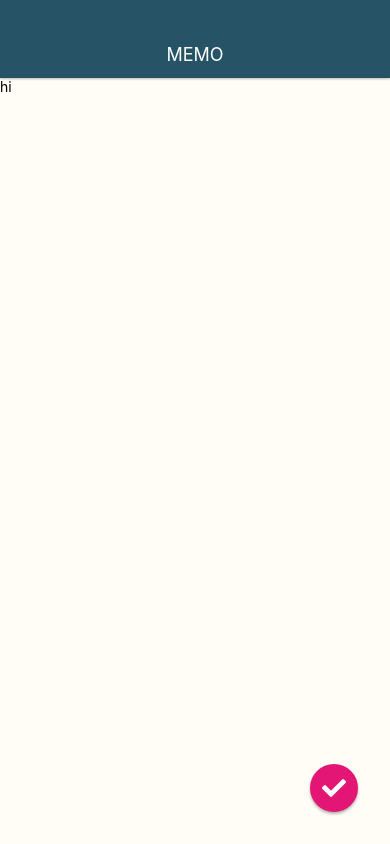
Repository: NagataRyuji0630/memo_app_for_reactNative
Screen: /
These files come from the project's save history. The screen is drawn as it stood at one moment and after a run of saves; the edit follows.
The app was drawn by React Native's web renderer in a window 390 px wide. The project was rebuilt for these pictures with package versions that can differ from the ones it lists, and the page was loaded fresh each time. Some packages were replaced by stand-ins written for this rebuild. Also part of the build but not shown: src/components/MemoList.jsx, src/screens/MemoListScreen.jsx, src/screens/MemoDetailScreen.jsx, src/screens/MemoEditScreen.jsx.

Above is the screen before, as saved 2020-05-15 08:32:08.

### App.js
import React from 'react';
import { StyleSheet, View } from 'react-native';
import AppBar from './src/components/AppBar';
import MemoListScreen from './src/screens/MemoListScreen'
import MemoDtailScreen from './src/screens/MemoDetailScreen';
import MemoEditScreen from './src/screens/MemoEditScreen';
import LoginScreen from './src/screens/LoginScreen';


export default class App extends React.Component {
  render() {
    return (
      <View style={styles.container}>
        <AppBar />
        <LoginScreen />
      </View>
    );
  }
}

const styles = StyleSheet.create({
  container: {
    flex: 1,
    backgroundColor: '#FFFDF6',
    alignItems: 'center',
    justifyContent: 'center',
    paddingTop: 78,
  },
});

### src/components/AppBar.jsx
import React from 'react';
import { Component } from 'react';
import { StyleSheet, View, Text } from 'react-native';

const styles = StyleSheet.create({
    appbar: {
        position: 'absolute',
        top: 0,
        left: 0,
        right: 0,
        height: 78,
        paddingTop: 30,
        backgroundColor: '#265366',
        justifyContent: 'center',
        alignItems: 'center',
        shadowColor: '#000',
        shadowOffset: { width: 0, height: 0 },
        shadowOpacity: 0.5,
        shadowRadius: 3,
        zIndex: 10,
    },
    appbarTitle: {
        color: '#fff',
        fontSize: 18,
    },
});

class AppBar extends Component {
    render() {
        return (
            <View style={styles.appbar}>
                <View>
                    <Text style={styles.appbarTitle}>MEMO</Text>
                </View>
            </View>
        );
    }
}

export default AppBar;

### src/screens/LoginScreen.jsx
import React from 'react';
import { Component } from 'react';
import { StyleSheet, View, Text, TextInput } from 'react-native';
import CircleBtn from '../elements/CircleBtn';


const styles = StyleSheet.create({
    container: {
        flex: 1,
        width: '100%',
    }

});


class LoginScreen extends Component {
    render() {
        return (
            <View style={styles.container}>
                    <TextInput style={styles.memoEditInput} value='hi' multiline />
                <CircleBtn name='check' />
            </View>
        );
    }
}

export default LoginScreen;

### src/elements/CircleBtn.jsx
import React from 'react';
import { Component } from 'react';
import { StyleSheet, View } from 'react-native';
import * as Font from 'expo-font';
import { createIconSet } from '@expo/vector-icons';
import fontAwsome from '../../assets/fonts/fa-solid-900.ttf';

const glyphMap = {
    pencil: '\uf303',
    plus: '\uf067',
    check: '\uf00c',
};

const CustomIcon = createIconSet(glyphMap, 'fontAwsome', fontAwsome);

const styles = StyleSheet.create({
    circleBtn: {
        position: 'absolute',
        bottom: 32,
        right: 32,
        width: 48,
        height: 48,
        borderRadius: 24,
        justifyContent: 'center',
        alignItems: 'center',
        shadowColor: '#000',
        shadowOffset: { width: 0, height: 2 },
        shadowOpacity: 0.3,
        shadowRadius: 3,
    },
    circleBtnTitle: {
        fontSize: 24,
        lineHeight: 24,
        fontFamily: 'fontAwsome',
    }
});


class CircleBtn extends Component {

    state = {
        fontsLoaded: false,
    };

    async _loadFontsAsync() {
        await Font.loadAsync({
            FontAwsome: fontAwsome,
        });
        this.setState({ fontsLoaded: true });
    }

    componentDidMount() {
        this._loadFontsAsync();
    }

    render() {
        const {name, style, color } = this.props;

        let bgColor = '#E31675';
        let textColor = 'white';

        if (color === 'white') {
            bgColor = 'white';
            textColor = '#E31675';
        }

        return (
            <View style={[styles.circleBtn, style, { backgroundColor: bgColor }]}>
                {
                    this.state.fontsLoaded
                        ?
                        <CustomIcon name={name} style={[styles.circleBtnTitle, { color: textColor }]} />
                        :
                        null
                }
            </View>
        );
    }
}

export default CircleBtn;

After the next 2 saves:
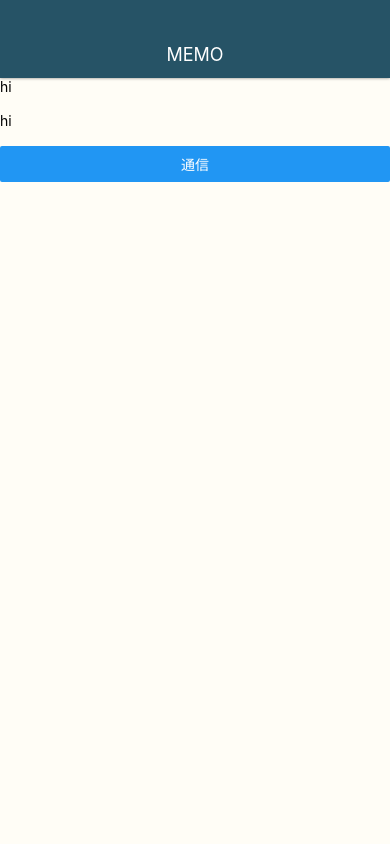
The 2 saves are shown as one change because 1 did not build or start.
The last was saved 103 s later.
--- a/src/screens/LoginScreen.jsx
+++ b/src/screens/LoginScreen.jsx
@@ -1,6 +1,6 @@
 import React from 'react';
 import { Component } from 'react';
-import { StyleSheet, View, Text, TextInput } from 'react-native';
+import { StyleSheet, View, Text, TextInput, Button } from 'react-native';
 import CircleBtn from '../elements/CircleBtn';
 
 
@@ -18,7 +18,8 @@ class LoginScreen extends Component {
         return (
             <View style={styles.container}>
                     <TextInput style={styles.memoEditInput} value='hi' multiline />
-                <CircleBtn name='check' />
+                    <TextInput style={styles.memoEditInput} value='hi' multiline />
+                    <Button title='通信' />
             </View>
         );
     }
